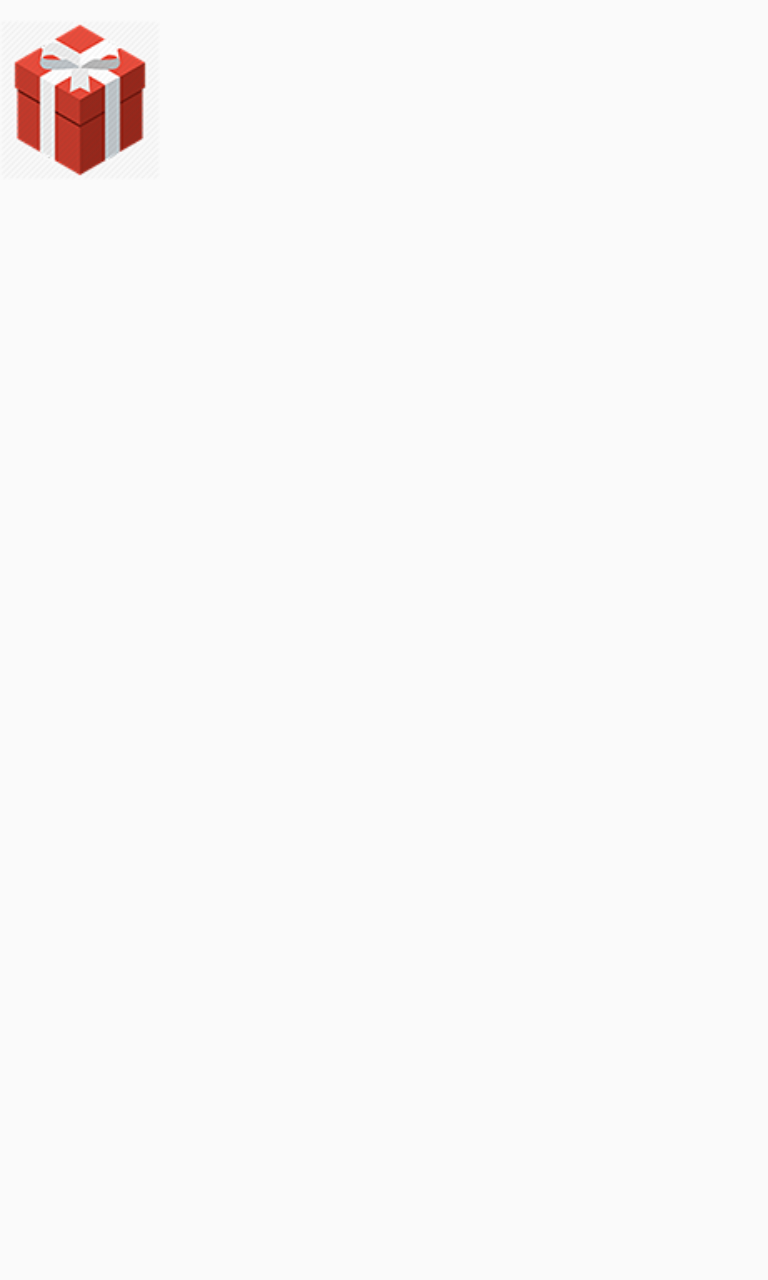
Repository: savindra/cutting-edge
Layout: Humzearch/res/layout/view_reward_row.xml
The author's editor kept a copy of each file at every save. The layout is drawn from the files as they stood at one save, then again after the next save.
It is drawn on a 768 x 1280 px phone screen (xhdpi) without system bars, with theme AppTheme; the app's code is not run.

Above is the layout before, as saved 2015-06-17 08:26:27.

### Humzearch/res/layout/view_reward_row.xml
<?xml version="1.0" encoding="utf-8"?>
<RelativeLayout xmlns:android="http://schemas.android.com/apk/res/android"
    android:id="@+id/RelativeLayout1"
    android:layout_width="match_parent"
    android:layout_height="match_parent"
    android:orientation="vertical" >

    <ImageView
        android:id="@+id/imageView1"
        android:layout_width="80dp"
        android:layout_height="100dp"
        android:layout_alignParentLeft="true"
        android:layout_alignParentTop="true"
        android:src="@drawable/ic_reward" />

</RelativeLayout>

### Humzearch/res/values-v21/style.xml
<?xml version="1.0" encoding="utf-8"?>
<resources>
    <style name="AppTheme" parent="AppTheme.Base">
        <!-- Customize your theme using Material Design here. -->
    </style>
</resources>

### Humzearch/res/values/styles.xml
<resources>

    <!-- Base application theme. -->
    <style name="AppTheme" parent="AppTheme.Base"/>

    <style name="AppTheme.Base" parent="Theme.AppCompat.Light.DarkActionBar">
        <!-- Customize your theme here. -->

        <!-- colorPrimary is used for the default action bar background -->
        <item name="colorPrimary">@color/ColorPrimary</item>

        <!-- colorPrimaryDark is used for the status bar -->
        <item name="colorPrimaryDark">@color/ColorPrimaryDark</item>

        <!-- colorAccent is used as the default value for colorControlActivated
             which is used to tint widgets -->

        <!-- You can also set colorControlNormal, colorControlActivated
             colorControlHighlight & colorSwitchThumbNormal. -->

        <item name="homeAsUpIndicator">@drawable/ic_drawer</item>
		<item name="android:homeAsUpIndicator">@drawable/ic_drawer</item>
    </style>

    <style name="AppTheme.NoTitleBar" parent="Theme.AppCompat.Light.NoActionBar">
        <!-- Customize your theme here. -->

        <!-- colorPrimary is used for the default action bar background -->
        <item name="colorPrimary">@color/ColorPrimary</item>

        <!-- colorPrimaryDark is used for the status bar -->
        <item name="colorPrimaryDark">@color/ColorPrimaryDark</item>

        <!-- colorAccent is used as the default value for colorControlActivated
             which is used to tint widgets -->

        <!-- You can also set colorControlNormal, colorControlActivated
             colorControlHighlight & colorSwitchThumbNormal. -->
    </style>

    <style name="AppTheme.BackButton" parent="Theme.AppCompat.Light.DarkActionBar">
        <!-- Customize your theme here. -->

        <!-- colorPrimary is used for the default action bar background -->
        <item name="colorPrimary">@color/ColorPrimary</item>

        <!-- colorPrimaryDark is used for the status bar -->
        <item name="colorPrimaryDark">@color/ColorPrimaryDark</item>

        <!-- colorAccent is used as the default value for colorControlActivated
             which is used to tint widgets -->

        <!-- You can also set colorControlNormal, colorControlActivated
             colorControlHighlight & colorSwitchThumbNormal. -->
    </style>

    <style name="toolbar_bottom" parent="Widget.AppCompat.Toolbar">
    	<item name="contentInsetStart">0dp</item>
    	<item name="contentInsetEnd">0dp</item>
	</style>

</resources>

### Humzearch/res/values/color.xml
<?xml version="1.0" encoding="utf-8"?>
<resources>
    <color name="ColorPrimary">#e62117</color>
    <color name="ColorPrimaryDark">#c31c13</color>
    <color name="tabsScrollColor">#8a140e</color>
    <color name="fontblack">#000</color>

    <!-- Main menu colors -->
    <color name="list_item_title">#303030</color>
    <color name="list_background">#eee</color>
    <color name="list_background_pressed">#aaa</color>
    <color name="list_divider">#ccc</color>
    <color name="counter_text_bg">#626262</color>
    <color name="counter_text_color">#c5c4c4</color>

    <color name="button">#ccc</color>

    <color name="link">#909090</color>
    <color name="secondbar">#f5f5f5</color>
    <color name="background">#fcfcfc</color>

</resources>

### Humzearch/res/values/dimens.xml
<resources>

    <!-- Default screen margins, per the Android Design guidelines. -->
    <dimen name="activity_horizontal_margin">16dp</dimen>
    <dimen name="activity_vertical_margin">16dp</dimen>
    <dimen name="fontsize">18sp</dimen>

    <dimen name="large">17dp</dimen>
    <dimen name="medium">15dip</dimen>
    <dimen name="small">13dip</dimen>
    <dimen name="tiny">12dip</dimen>

</resources>

After the next save:
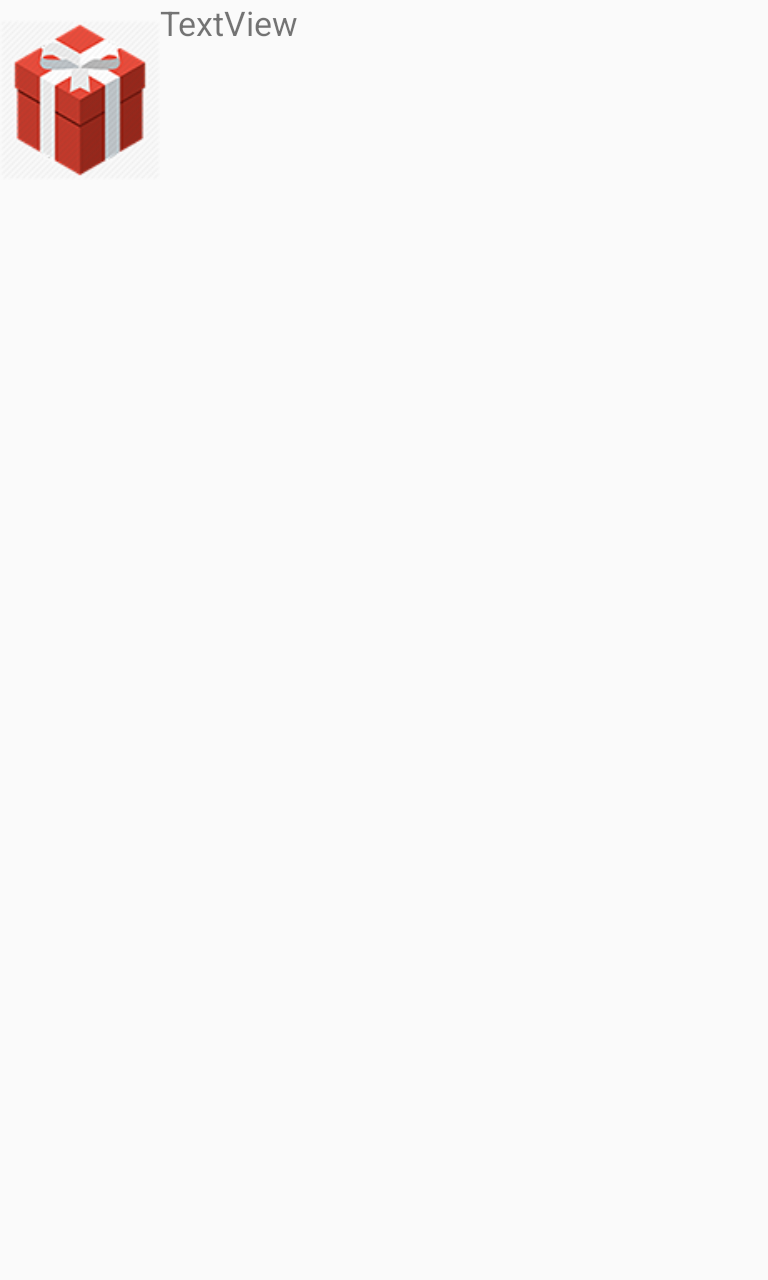
Saved 2 min 2 s later.
--- a/Humzearch/res/layout/view_reward_row.xml
+++ b/Humzearch/res/layout/view_reward_row.xml
@@ -13,4 +13,13 @@
         android:layout_alignParentTop="true"
         android:src="@drawable/ic_reward" />
 
+    <TextView
+        android:id="@+id/textView1"
+        android:layout_width="wrap_content"
+        android:layout_height="wrap_content"
+        android:layout_alignParentTop="true"
+        android:layout_toRightOf="@+id/imageView1"
+        android:text="TextView"
+        android:textSize="@dimen/large"/>
+
 </RelativeLayout>
